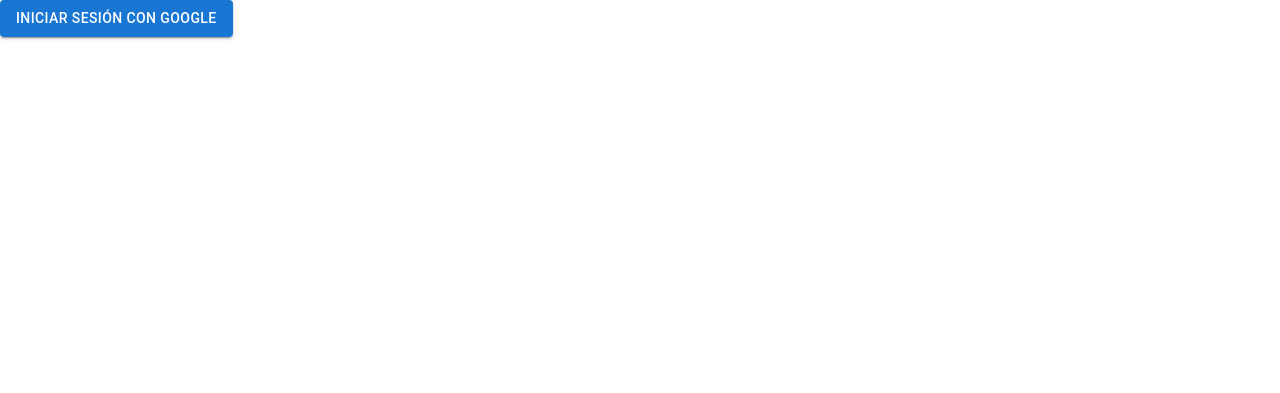
Repository: ferugarte/deliverapp
Page: /
These files come from the project's save history. The page is drawn as it stood at one moment and after a run of saves; the edit follows.
The browser window is 1280 px wide. The pictures show the whole page.
The project was rebuilt for these pictures with package versions that can differ from the ones it lists, and the page was loaded fresh each time. Also part of the build but not shown: src/firebase/config.js, src/components/Auth/RegisterUser.js, src/components/Auth/RegisterCompany.js, src/components/Dashboard/AdminDashboard.js, src/components/Dashboard/DriverDashboard.js, src/components/Dashboard/CompanyDashboard.js, src/components/Order/OrderList.js, src/components/Order/OrderDetails.js and 4 more.

Above is the page before, as saved 2023-12-25 13:41:14.

After the next 2 saves:
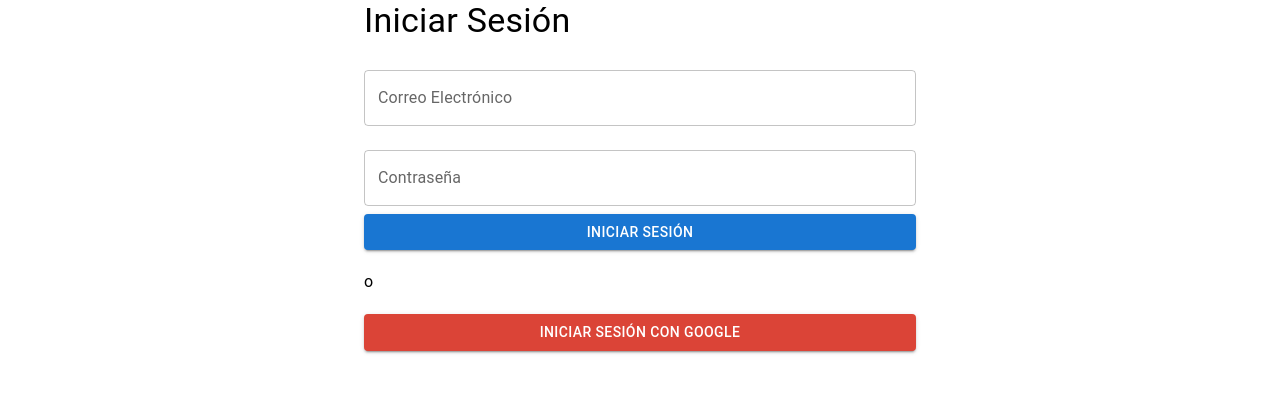
The 2 saves are shown as one change because 1 did not build or start.
The last was saved 2 min 47 s later.
--- a/src/components/Auth/Login.js
+++ b/src/components/Auth/Login.js
@@ -1,31 +1,78 @@
 // src/components/Auth/Login.js
-import React from 'react';
-import { getAuth, signInWithPopup, GoogleAuthProvider } from 'firebase/auth';
-import { Button } from '@mui/material';
+import React, { useState } from 'react';
+import { getAuth, signInWithEmailAndPassword, signInWithPopup, GoogleAuthProvider } from 'firebase/auth';
+import { TextField, Button, Container, Typography } from '@mui/material';
 
 const Login = () => {
+  const [loginData, setLoginData] = useState({ email: '', password: '' });
+  const [loginError, setLoginError] = useState('');
+
   const auth = getAuth();
+
+  const handleChange = (e) => {
+    setLoginData({ ...loginData, [e.target.name]: e.target.value });
+  };
+
+  const handleSubmit = (e) => {
+    e.preventDefault();
+    signInWithEmailAndPassword(auth, loginData.email, loginData.password)
+      .then((userCredential) => {
+        // Usuario ha iniciado sesión con email y contraseña
+        // Puedes redirigir al usuario o manejar la sesión aquí
+      })
+      .catch((error) => {
+        setLoginError(error.message);
+      });
+  };
 
   const handleGoogleLogin = () => {
     const provider = new GoogleAuthProvider();
     signInWithPopup(auth, provider)
       .then((result) => {
-        // El usuario ha iniciado sesión con Google
-        // Puedes obtener la información del usuario de result.user
+        // Usuario ha iniciado sesión con Google
+        // Puedes redirigir al usuario o manejar la sesión aquí
       })
       .catch((error) => {
-        // Manejar errores aquí, como cuenta de email ya existente
-        console.error(error);
+        setLoginError(error.message);
       });
   };
 
   return (
-    <div>
-      {/* Tus otros elementos de inicio de sesión aquí */}
-      <Button variant="contained" onClick={handleGoogleLogin}>
+    <Container maxWidth="sm">
+      <Typography variant="h4" gutterBottom>
+        Iniciar Sesión
+      </Typography>
+      <form onSubmit={handleSubmit}>
+        <TextField
+          label="Correo Electrónico"
+          type="email"
+          name="email"
+          value={loginData.email}
+          onChange={handleChange}
+          fullWidth
+          margin="normal"
+        />
+        <TextField
+          label="Contraseña"
+          type="password"
+          name="password"
+          value={loginData.password}
+          onChange={handleChange}
+          fullWidth
+          margin="normal"
+        />
+        {loginError && <Typography color="error">{loginError}</Typography>}
+        <Button type="submit" variant="contained" color="primary" fullWidth>
+          Iniciar Sesión
+        </Button>
+      </form>
+      <Typography variant="body1" style={{ margin: '20px 0' }}>
+        o
+      </Typography>
+      <Button variant="contained" onClick={handleGoogleLogin} style={{ background: '#db4437', color: '#fff' }} fullWidth>
         Iniciar Sesión con Google
       </Button>
-    </div>
+    </Container>
   );
 };
 
